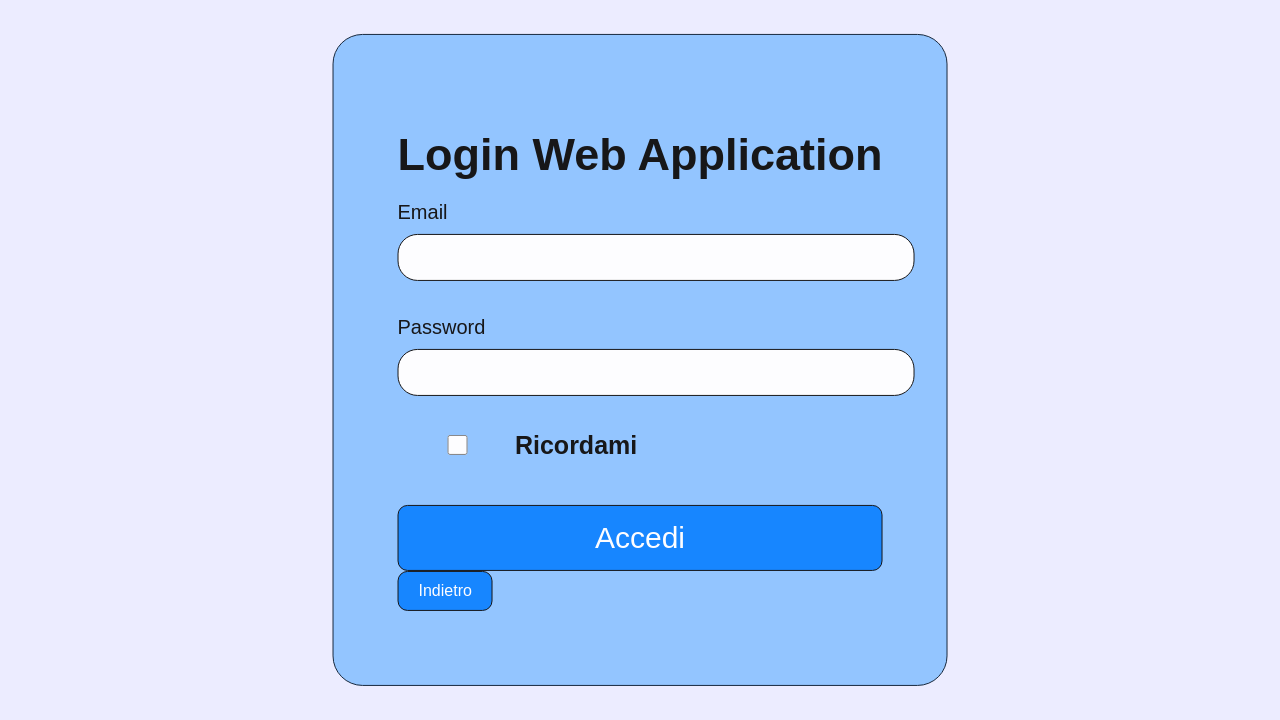
Repository: GabrielCellammare/WebApplication-SA-CyberSecurity
Page: http://localhost/WebProject-CellammareGabriel_ApplicationSecurity_/login.jsp
An editor plug-in stored every save of this project. The page is shown before and after the next save, followed by the edit.
The browser window is 1280 px wide. The pictures show the whole page.
The page is served by Tomcat 9. Nobody is signed in. The application's start-up code is not run.

Above is the page before, as saved 2024-03-09 07:45:55.

After the next save:
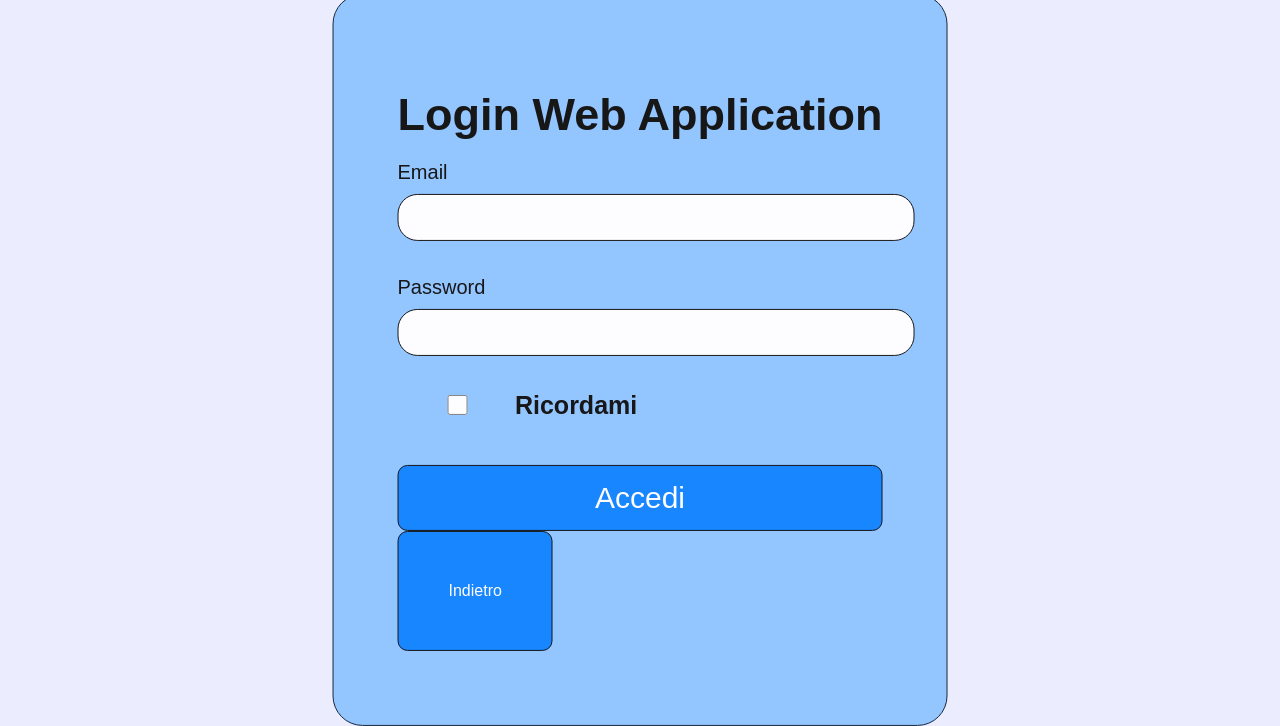
Saved 25 s later.
--- a/WebProject-CellammareGabriel(ApplicationSecurity)/WebContent/WEB-INF/css/styleLogin.css
+++ b/WebProject-CellammareGabriel(ApplicationSecurity)/WebContent/WEB-INF/css/styleLogin.css
@@ -76,7 +76,7 @@ input[type="checkbox"] {
 
 .btn {
   display: inline-block;
-  padding: 10px 20px;
+  padding: 50px;
   margin-bottom: 10px;
   background-color: #007bff;
   color: #fff;
